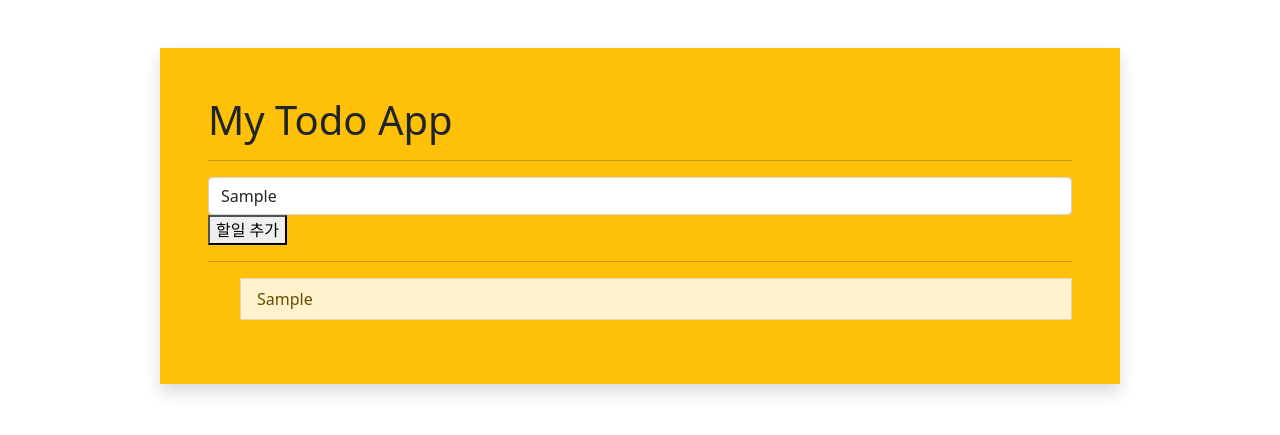
Repository: ineble/demo1
Page: http://localhost/test/todo.jsp
The author's editor kept a copy of each file at every save. The page is drawn from the files as they stood at one save, then again after the next save.
The browser window is 1280 px wide. The pictures show the whole page.
Empty fields were first filled with sample values (such as "Sample", 5 or name@example.com).
After loading, the first visible `button` was clicked once.
The page is served by Tomcat 10. Other server files are loaded and not shown.

Above is the page before, as saved 2022-08-03 13:06:14.

### test/src/main/webapp/todo.jsp
<%@ page language="java" contentType="text/html; charset=EUC-KR"
    pageEncoding="EUC-KR"%>
<!DOCTYPE html>
<html>
<head>
<meta charset="EUC-KR">
<title>Insert title here</title>
<link href="https://cdn.jsdelivr.net/npm/bootstrap@5.0.2/dist/css/bootstrap.min.css" rel="stylesheet" integrity="sha384-EVSTQN3/azprG1Anm3QDgpJLIm9Nao0Yz1ztcQTwFspd3yD65VohhpuuCOmLASjC" crossorigin="anonymous">
</head>
<script type="text/javascript">
	function add() {
		let todo = document.getElementById("item");
		let list = document.getElementById("todolist");
		let listitem = document.createElement("li")
		listitem.className = "d-flex list-group-item list-group-item-action list-group-item-warning";
		listitem.innerText = todo.value;
		list.appendChild(listitem);
	}
</script>
<body>
	<div class="container bg-warning shadow mx-auto mt-5 p-5 w-75">
	<h1>My Todo App</h1>
	<hr>
	<div id="todoForm">
	<input type="text" placeholder="할일을 입력하세요." class="form-control"id="item">
	<button type="button" onclick="add()">할일 추가</button>
	</div>
	<hr>
	<ul id="todolist"></ul>
	</div>
</body>
</html>

After the next save:
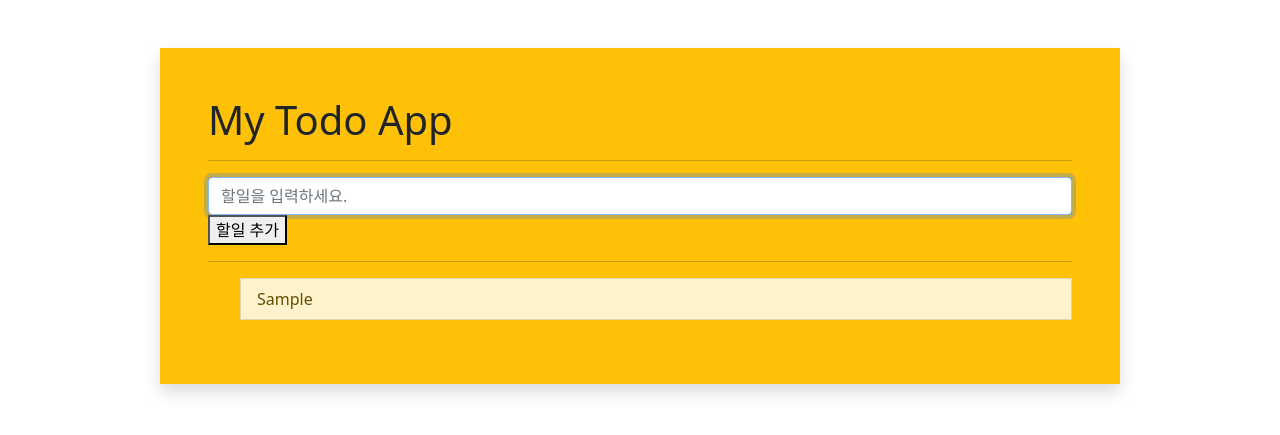
Saved 52 s later.
--- a/test/src/main/webapp/todo.jsp
+++ b/test/src/main/webapp/todo.jsp
@@ -15,6 +15,8 @@
 		listitem.className = "d-flex list-group-item list-group-item-action list-group-item-warning";
 		listitem.innerText = todo.value;
 		list.appendChild(listitem);
+		todo.value = "";
+		todo.focus();
 	}
 </script>
 <body>

After the save that followed:
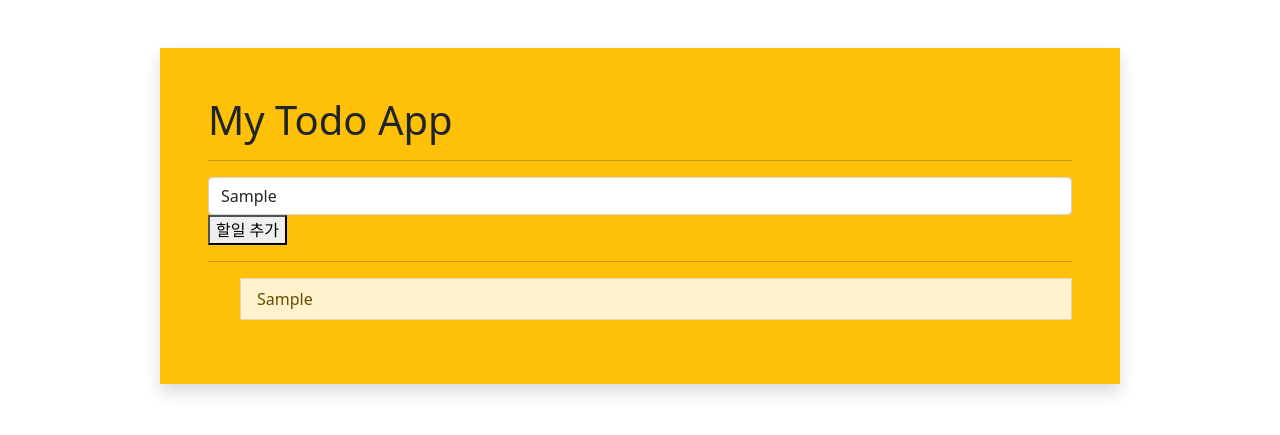
Saved 11 s later.
--- a/test/src/main/webapp/todo.jsp
+++ b/test/src/main/webapp/todo.jsp
@@ -15,8 +15,7 @@
 		listitem.className = "d-flex list-group-item list-group-item-action list-group-item-warning";
 		listitem.innerText = todo.value;
 		list.appendChild(listitem);
-		todo.value = "";
-		todo.focus();
+
 	}
 </script>
 <body>
